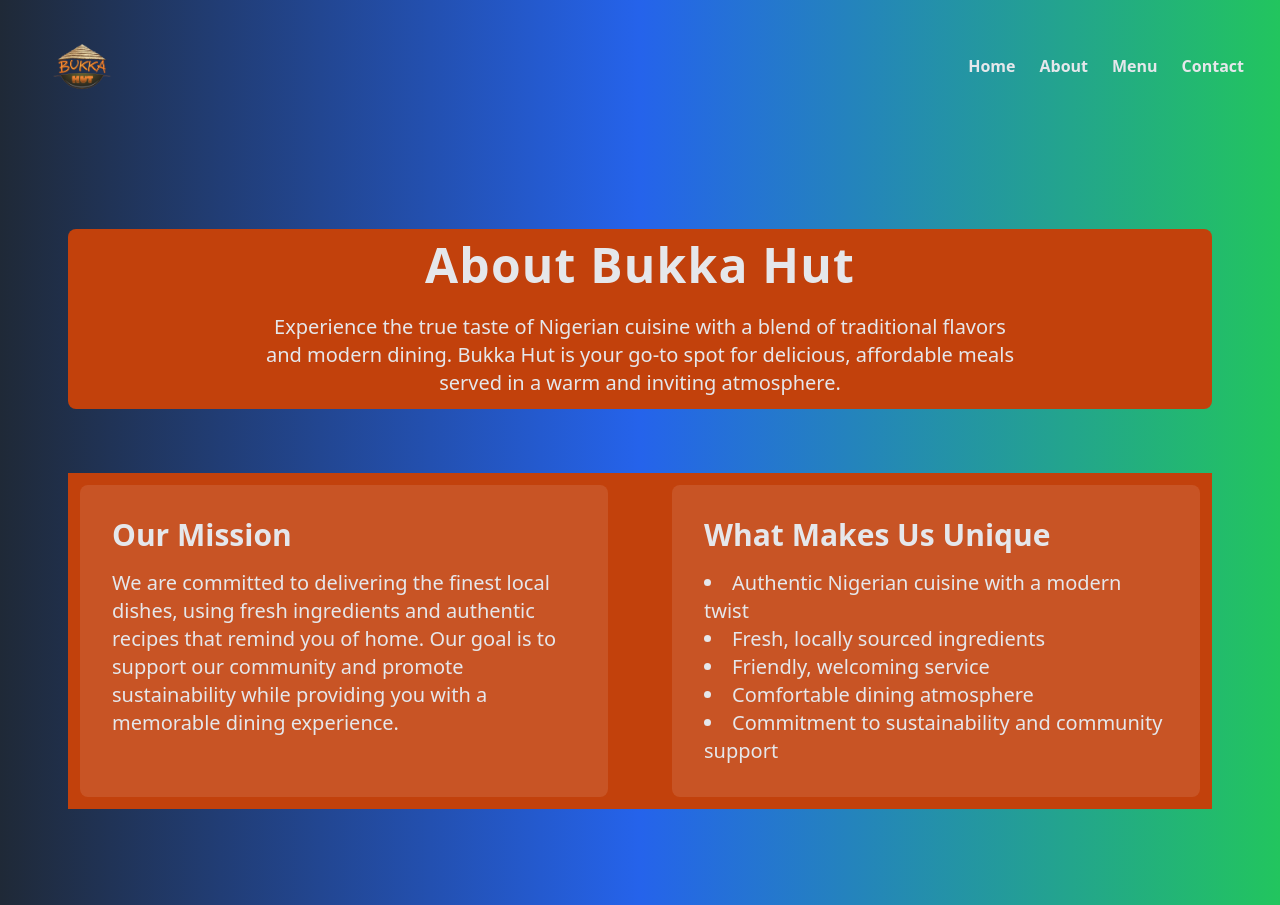
Repository: countaustin1990/BUKKAHUT
Page: About.html
These files come from the project's save history. The page is drawn as it stood at one moment and after the next save; the edit follows.
The browser window is 1280 px wide. The pictures show the whole page.
Some web libraries are served in a nearby version.

Above is the page before, as saved 2024-08-25 01:25:34.
Console error: TypeError: Cannot read properties of null (reading 'addEventListener')

After the next save:
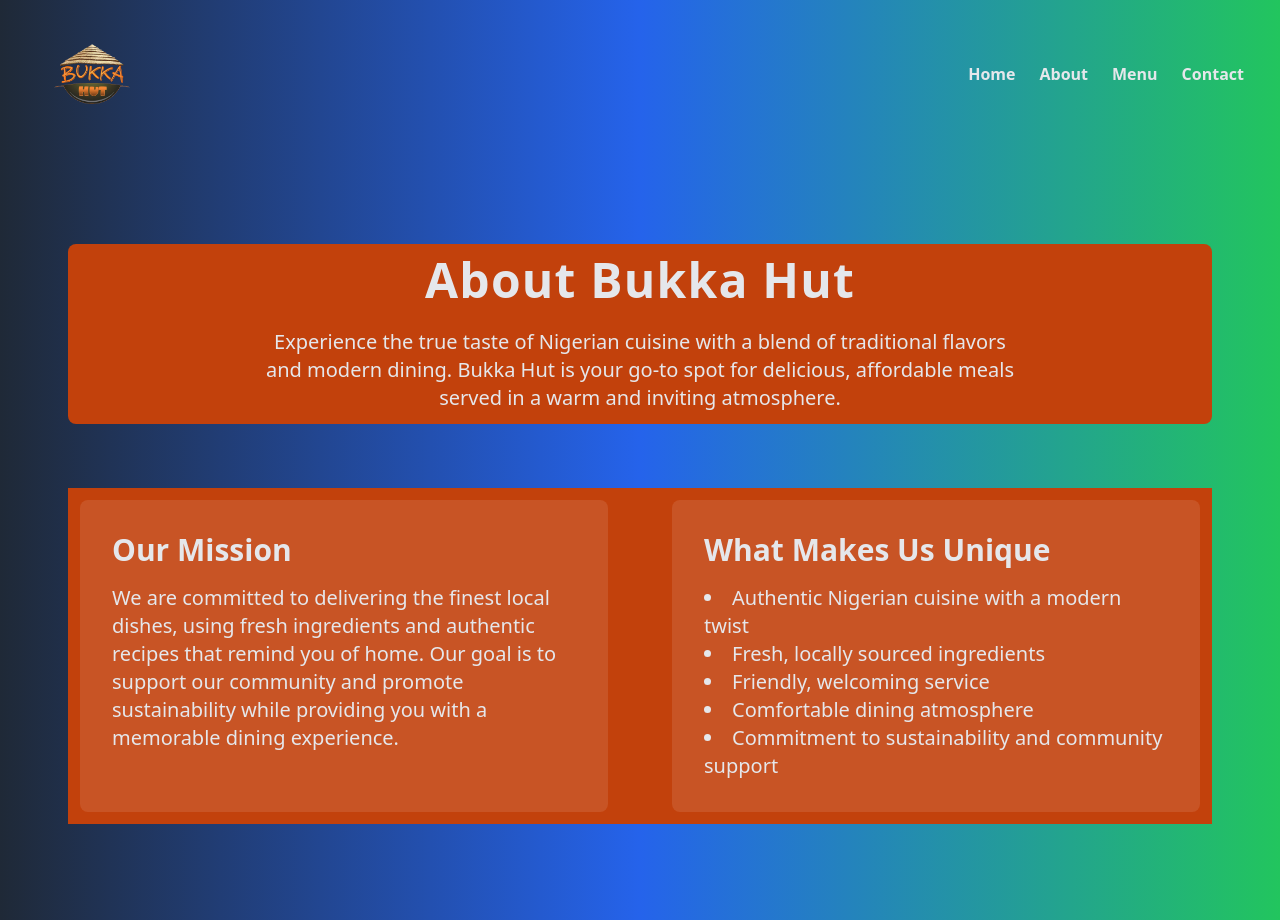
Saved 16 s later.
--- a/About.html
+++ b/About.html
@@ -43,7 +43,7 @@
     <div class="container mx-auto px-4 py-2 flex items-center justify-between">
       <div class="text-2xl font-bold text-blue-600">
         <a href="#" class="flex flex-col lg:flex-row items-center lg:space-x-8 p-4">
-          <img src="Logo-r.png" alt="Bukka Hut" width="60">
+          <img src="Logo-r.png" alt="Bukka Hut" width="80">
           </a>
       </div>
       <div class="hidden md:flex space-x-6">
